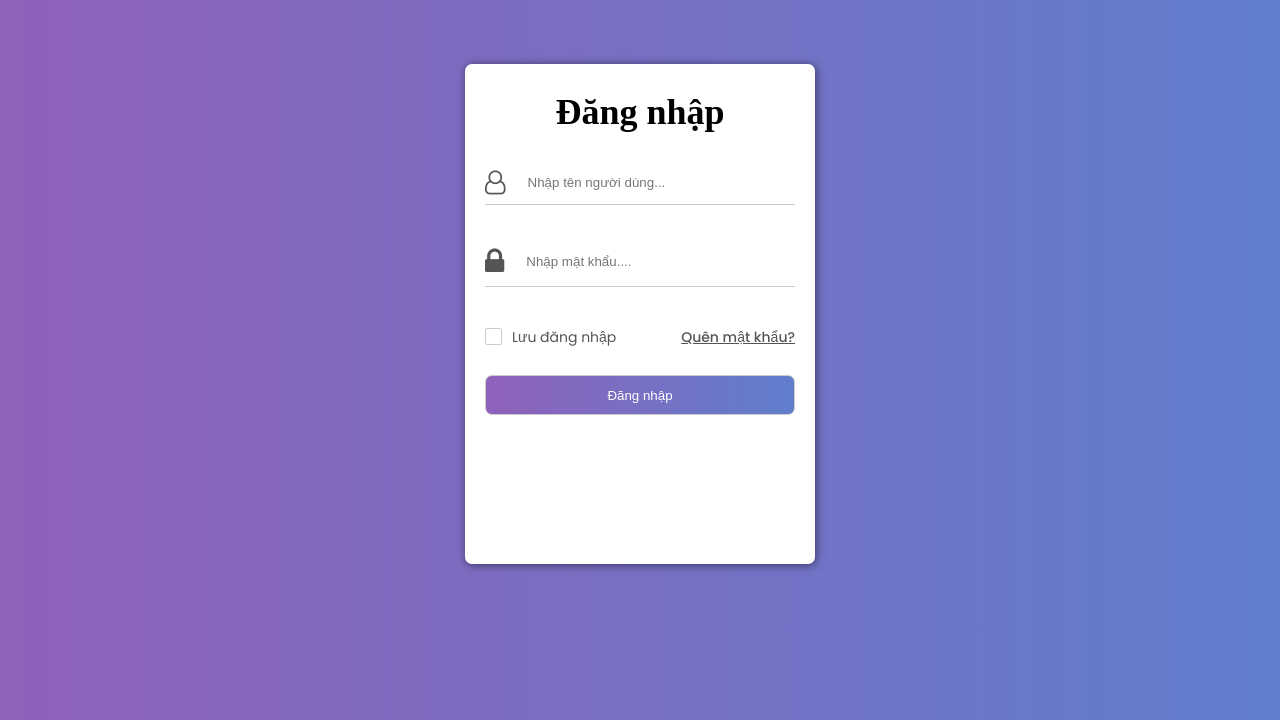
Repository: Nieday306/shophoaqua
Page: login.html
An editor plug-in stored every save of this project. The page is shown before and after the next save, followed by the edit.
The browser window is 1280 px wide. The pictures show the whole page.

Above is the page before, as saved 2024-04-06 18:35:03.

After the next save:
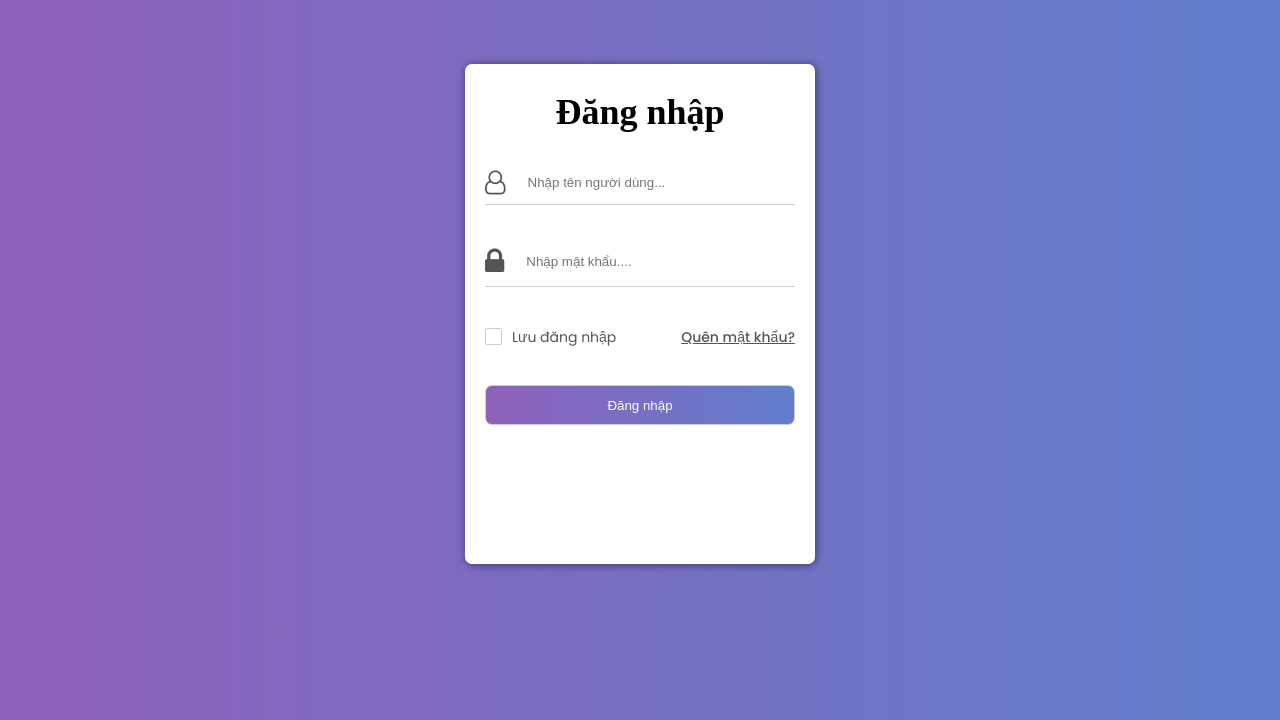
Saved 26 s later.
--- a/assets/css/login.css
+++ b/assets/css/login.css
@@ -123,7 +123,7 @@ input[type="checkbox"]:checked ~ .remember::after {
 }
 
 .row-btn {
-  margin-top: 30px;
+  margin-top: 40px;
 }
 
 .submit {
